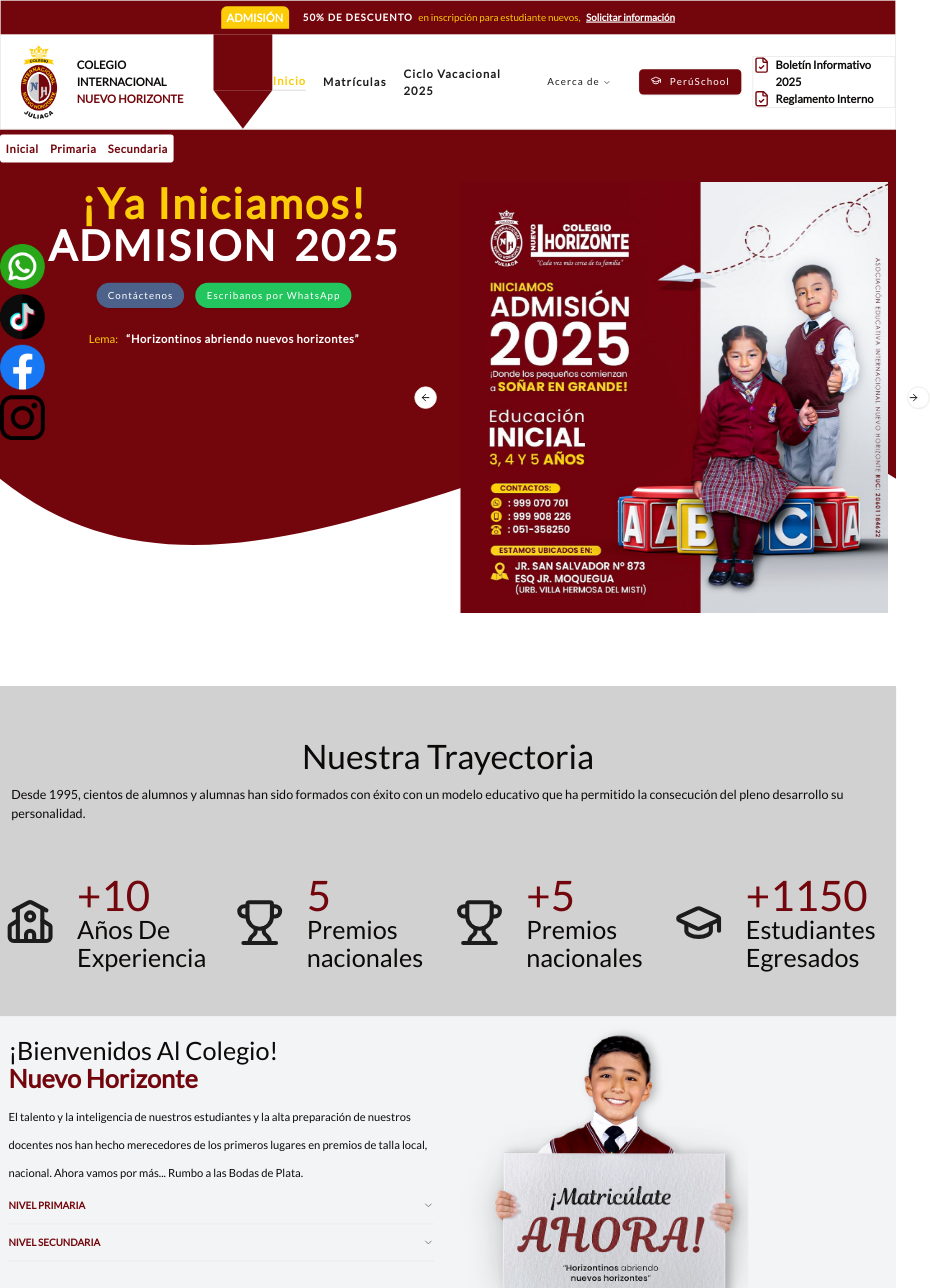
Repository: jefrydep/new_horizont_school
Page: /
These files come from the project's save history. The page is drawn as it stood at one moment and after the next save; the edit follows.
The browser window is 1280 px wide. The page is 1328 px wide, so the pictures cover 1328 px, including what lies to the right of the window. The pictures show the part of the page from y = 0 to 1840 px (the page is 4794 px tall), at 70% of full size.
The project was rebuilt for these pictures with package versions that can differ from the ones it lists, and the page was loaded fresh each time. The framework's server and built-in components were replaced by stand-ins that run in the browser. Also part of the build but not shown: next.config.ts.

Above is the page before, as saved 2024-11-28 21:13:32.

After the next save:
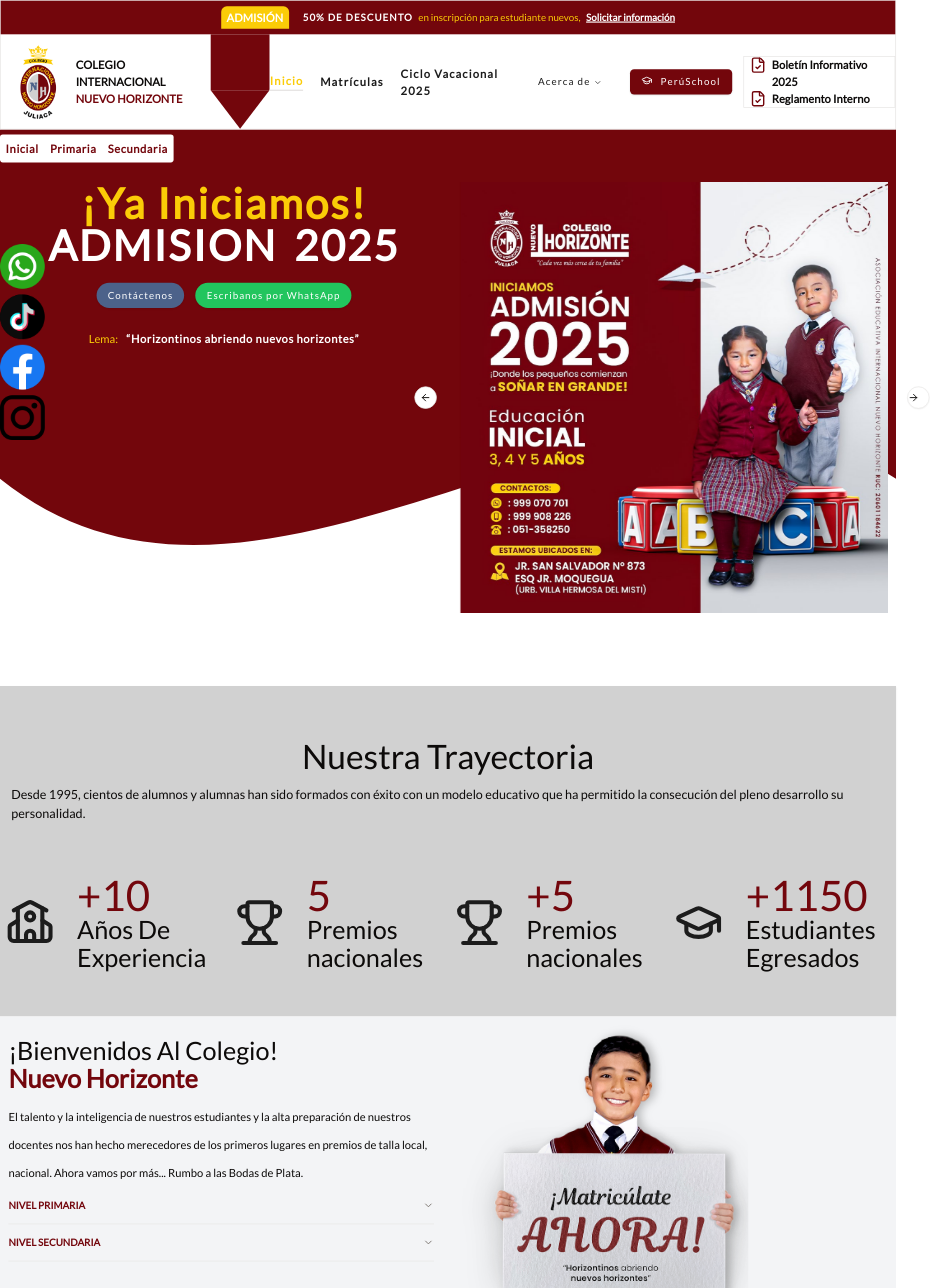
Saved 4 s later.
--- a/src/components/Navbar.tsx
+++ b/src/components/Navbar.tsx
@@ -150,7 +150,7 @@ export default function Navbar() {
             </a>
           </Button>
         </div>
-        <div className=" border">
+        <div className=" border px-2">
           <div className="sm:flex gap-2  hidden">
             <div className="text-title">
               <FileCheck />
